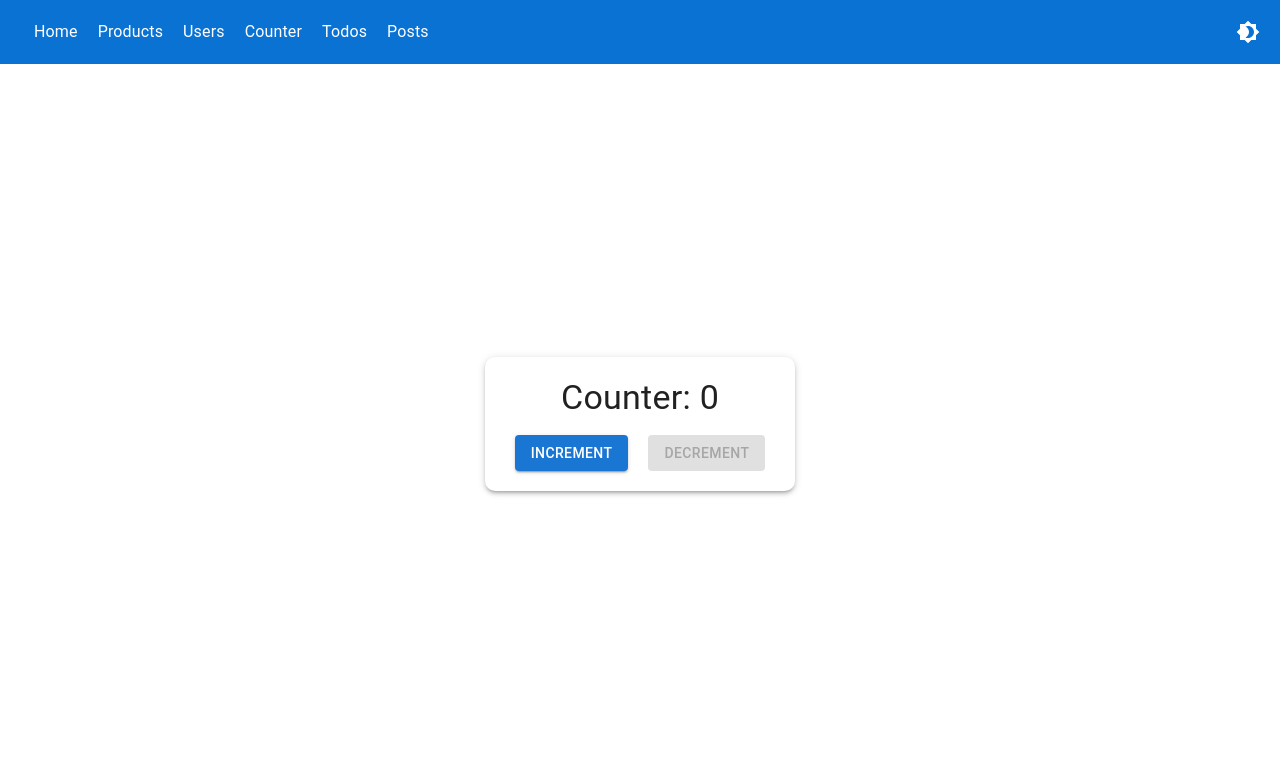
Repository: Vijay-Singh1/delente-assessment
Page: /counter
These files come from the project's save history. The page is drawn as it stood at one moment and after the next save; the edit follows.
The browser window is 1280 px wide. The pictures show the whole page.
The project was rebuilt for these pictures with package versions that can differ from the ones it lists, and the page was loaded fresh each time. The framework's server and built-in components were replaced by stand-ins that run in the browser. Also part of the build but not shown: next.config.mjs.

Above is the page before, as saved 2024-10-09 21:40:22.

### pages/_app.js
import { ThemeProvider } from '../contexts/theme';
import '../styles/global.css';
import Navbar from './navbar';

function MyApp({ Component, pageProps }) {
    return <ThemeProvider>
        <Navbar />
        <Component {...pageProps} />
    </ThemeProvider>;
}

export default MyApp;

### pages/counter.js
import { useState } from 'react';
import { Box, Button, Typography, Paper } from '@mui/material';
import { useTheme } from '../contexts/theme';

export default function Counter() {
  const [count, setCount] = useState(0);
  const { theme } = useTheme();
  return (
    <Box
      display="flex"
      justifyContent="center"
      alignItems="center"
      height="100vh" // Full height of the viewport
      bgcolor="#f5f5f5" // Light background color
      sx={{ backgroundColor: theme === 'light' ? 'white' : 'black' }}
    >
      <Paper
        elevation={3} // Adds shadow to the Paper
        sx={{ padding: '20px', borderRadius: '10px', textAlign: 'center' }} // Styling for the Paper component
      >
        <Typography variant="h4" gutterBottom>
          Counter: {count}
        </Typography>
        <Box display="flex" justifyContent="space-between" sx={{ mt: 2 }}>
          <Button
            variant="contained"
            color="primary"
            onClick={() => setCount(count + 1)}
            sx={{ margin: '0 10px' }} // Margin between buttons
          >
            Increment
          </Button>
          <Button
            variant="contained"
            color="secondary"
            onClick={() => setCount(count - 1)}
            disabled={count <= 0} // Disable if count is 0
            sx={{ margin: '0 10px' }} // Margin between buttons
          >
            Decrement
          </Button>
        </Box>
      </Paper>
    </Box>
  );
}

### contexts/theme.js
// contexts/ThemeProvider.js
import { createContext, useContext, useState, useEffect } from 'react';
import Cookies from 'js-cookie';

const ThemeContext = createContext();

export function ThemeProvider({ children }) {
  // Initialize theme based on the cookie value or default to 'light'
  const [theme, setTheme] = useState(() => {
    // Check cookie first
    const savedTheme = Cookies.get('theme');
    return savedTheme || 'light'; // Fallback to 'light' if no cookie found
  });

  useEffect(() => {
    // Update localStorage and cookies whenever the theme changes
    localStorage.setItem('theme', theme);
    Cookies.set('theme', theme);
  }, [theme]);

  const toggleTheme = () => {
    setTheme(prevTheme => (prevTheme === 'light' ? 'dark' : 'light'));
  };

  return (
    <ThemeContext.Provider value={{ theme, toggleTheme }}>
      {children}
    </ThemeContext.Provider>
  );
}

export const useTheme = () => useContext(ThemeContext);

### styles/global.css
/** @format */
*, *::before, *::after {
  box-sizing: border-box; /* Ensures box-sizing is applied globally */
}

html, body {
  margin: 0;
  padding: 0;
  width: 100%;
  height: 100%;
}

#root, #__next {
  width: 100%;
  height: 100%;
}

### pages/navbar.js

import Link from 'next/link';
import { AppBar, Toolbar, IconButton, Typography } from '@mui/material';
import { Brightness4, Brightness7 } from '@mui/icons-material';
import { useTheme } from '../contexts/theme';

export default function Navbar() {
    const { theme, toggleTheme } = useTheme();

    return (
        <AppBar position="static" sx={{ backgroundColor: theme === 'light' ? '#0972D3' : 'black' }}>
            <Toolbar>
                <Typography  component="div" sx={{ flexGrow: 1 }}>
                    <Link href="/" style={{ margin: '0 10px', color: 'white', textDecoration: 'none' }}>Home</Link>
                    <Link href="/products" style={{ margin: '0 10px', color: 'white', textDecoration: 'none' }}>Products</Link>
                    <Link href="/users" style={{ margin: '0 10px', color: 'white', textDecoration: 'none' }}>Users</Link>
                    <Link href="/counter" style={{ margin: '0 10px', color: 'white', textDecoration: 'none' }}>Counter</Link>
                    <Link href="/todos" style={{ margin: '0 10px', color: 'white', textDecoration: 'none' }}>Todos</Link>
                    <Link href="/posts" style={{ margin: '0 10px', color: 'white', textDecoration: 'none' }}>Posts</Link>
                </Typography>
                <IconButton
                    edge="end"
                    color="inherit"
                    onClick={toggleTheme}
                    sx={{ ml: 1 }}
                >
                    {theme === 'light' ? <Brightness4 /> : <Brightness7 />}
                </IconButton>
            </Toolbar>
        </AppBar>
    );
}

After the next save:
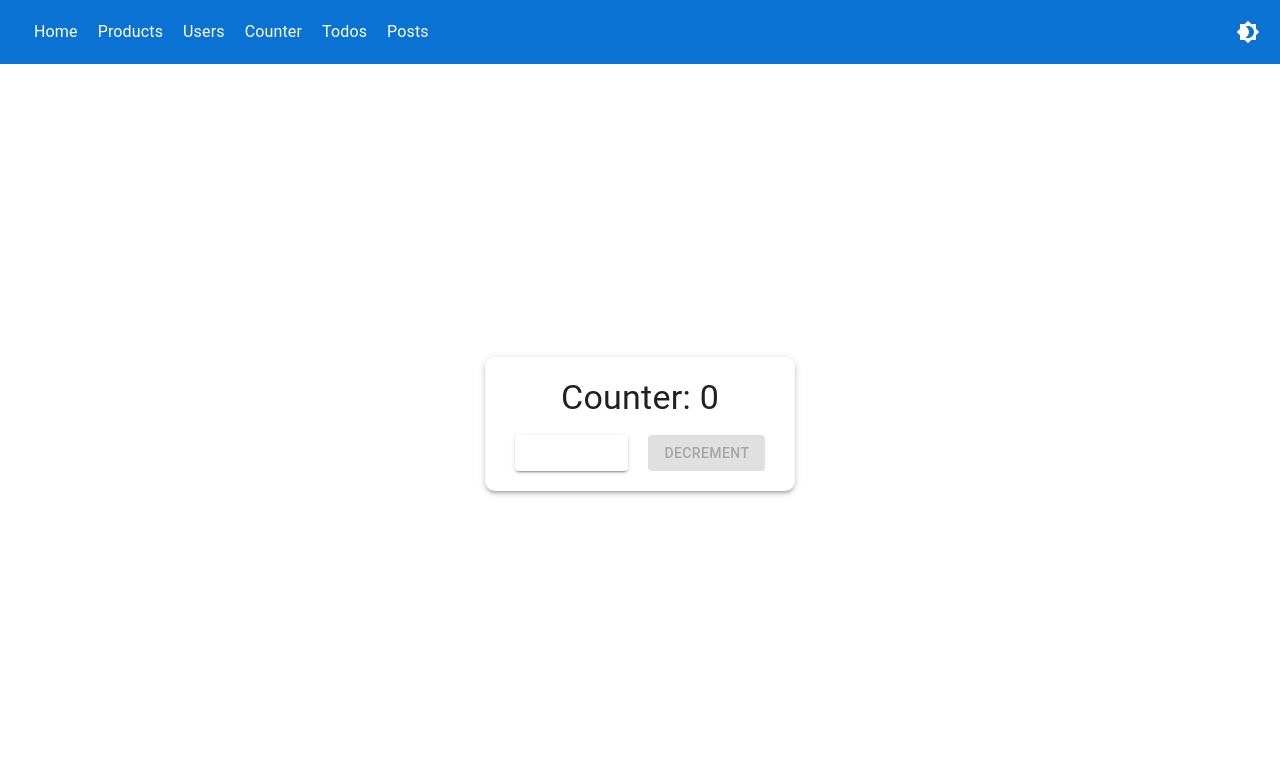
Saved 19 s later.
--- a/pages/counter.js
+++ b/pages/counter.js
@@ -26,7 +26,7 @@ export default function Counter() {
             variant="contained"
             color="primary"
             onClick={() => setCount(count + 1)}
-            sx={{ margin: '0 10px' }} // Margin between buttons
+            sx={{ margin: '0 10px', backgroundColor: theme === 'light' ? 'white' : 'black' }} // Margin between buttons
           >
             Increment
           </Button>
